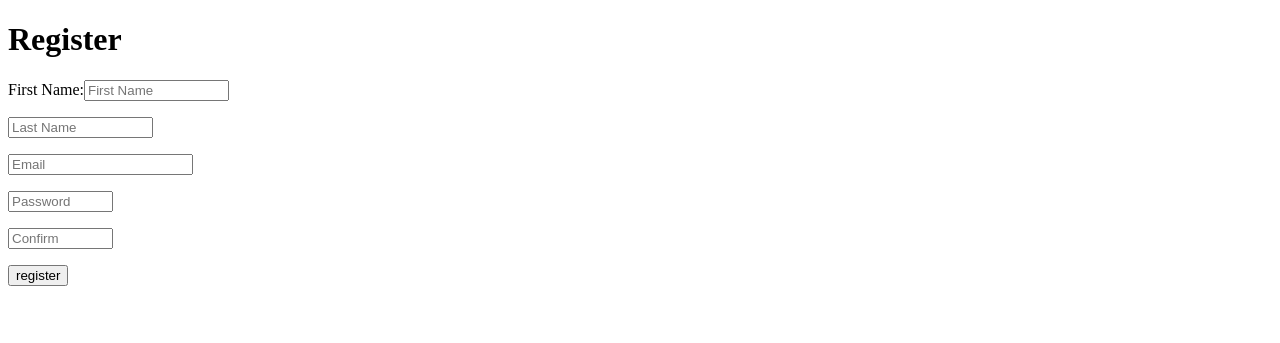
Repository: WillLiang918/Portfolio
Page: Task_Manager/WebContent/RegisterUser.html
An editor plug-in stored every save of this project. The page is shown before and after the next save, followed by the edit.
The browser window is 1280 px wide. The pictures show the whole page.

Above is the page before, as saved 2015-07-21 18:23:23.

After the next save:
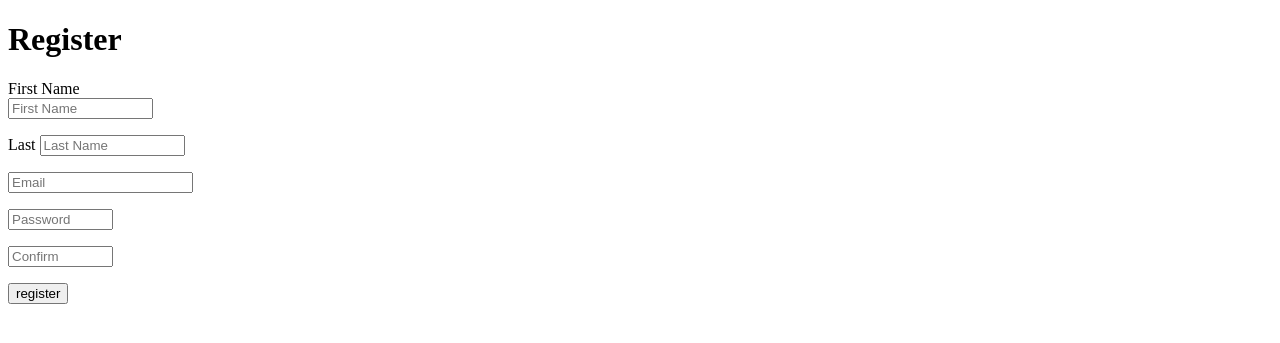
Saved 19 min 55 s later.
--- a/Task_Manager/WebContent/RegisterUser.html
+++ b/Task_Manager/WebContent/RegisterUser.html
@@ -7,8 +7,9 @@
 <body>
 <h1>Register</h1>
 <form action="UserRegistrationServlet" method="GET">
-	<p>First Name:<input type="text" name="first_name" placeholder="First Name" size="15" maxlength="20" /></p>
-	<p><input type="text" name="last_name" placeholder="Last Name" size="15" maxlength="40" /></p>
+	<p>First Name<br>
+	<input type="text" name="first_name" placeholder="First Name" size="15" maxlength="20" /></p>
+	<p>Last <input type="text" name="last_name" placeholder="Last Name" size="15" maxlength="40" /></p>
 	<p><input type="text" name="email" placeholder="Email" size="20" maxlength="60" /></p>
 	<p><input type="password" name="password" placeholder="Password" size="10" maxlength="20" /></p>
 	<p><input type="password" name="password_confirmation" placeholder="Confirm" size="10" maxlength="20"></p>
